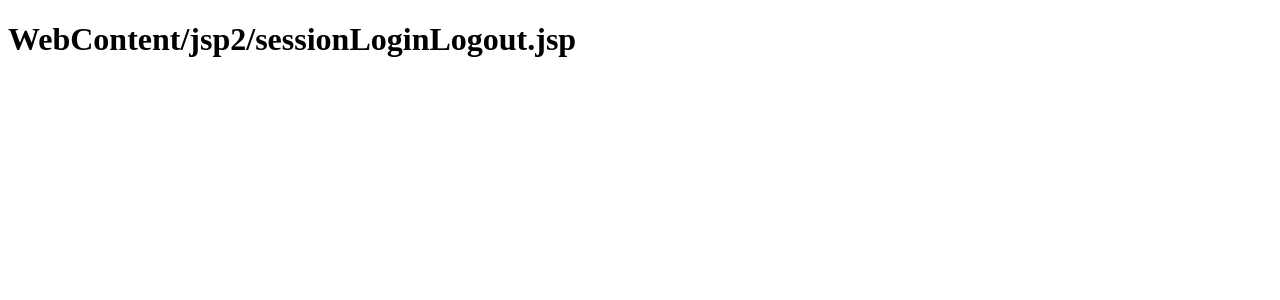
Repository: ReadStar/workspace_jsp
Page: http://localhost/StudyJSP/jsp2/sessionLogout.jsp
The author's editor kept a copy of each file at every save. The page is drawn from the files as they stood at one save, then again after the next save.
The browser window is 1280 px wide. The pictures show the whole page.
The page is served by Tomcat 9.

Above is the page before, as saved 2020-08-14 01:23:36.

After the next save:
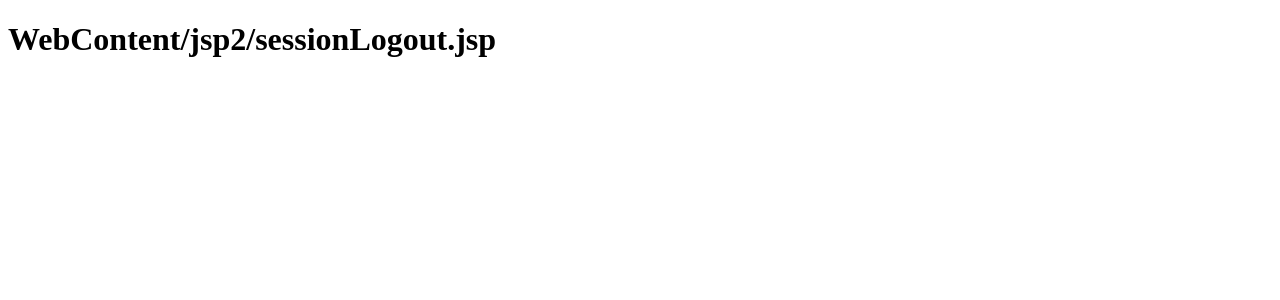
Saved 4 s later.
--- a/StudyJSP/WebContent/jsp2/sessionLogout.jsp
+++ b/StudyJSP/WebContent/jsp2/sessionLogout.jsp
@@ -7,6 +7,6 @@
 <title>Insert title here</title>
 </head>
 <body>
-<h1>WebContent/jsp2/sessionLoginLogout.jsp</h1>
+<h1>WebContent/jsp2/sessionLogout.jsp</h1>
 </body>
 </html>
